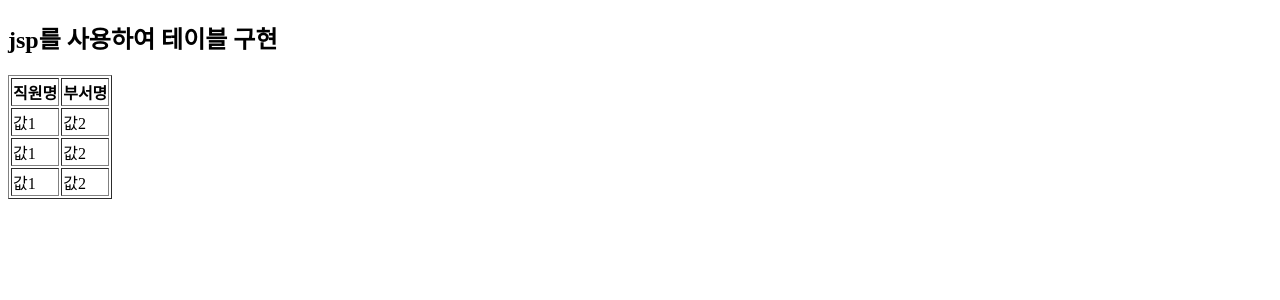
Repository: heyJSH/Study_java_web_sol
Page: http://localhost/jspweb_07/forstat_ex.jsp
An editor plug-in stored every save of this project. The page is shown before and after the next save, followed by the edit.
The browser window is 1280 px wide. The pictures show the whole page.
The page is served by Tomcat 9. Other server files are loaded and not shown.

Above is the page before, as saved 2024-01-11 01:07:20.

### teacher_lecture/cotogether/workspace_stsb_4_21/jspweb_07/src/main/webapp/forstat_ex.jsp
<%@ page language="java" contentType="text/html; charset=UTF-8"
    pageEncoding="UTF-8"%>
<%@ page import="java.util.*" %>
<!DOCTYPE html>
<html>
<head>
<meta charset="UTF-8">
<title>Insert title here</title>
</head>
<body>
	<h2>jsp를 사용하여 테이블 구현</h2>
	<%
		// 이름을 저장하는 배열
		// <String> 제네릭
		ArrayList<String> name = new ArrayList<String>();
		name.add("김상완");
		name.add("배승재");
		name.add("송지우");
		ArrayList<String> departName = new ArrayList<String>();
		departName.add("기획팀");
		departName.add("개발팀");
		departName.add("보안팀");

		out.println("<table border='1'>");
			out.println("<tr>");
			out.println("<th>직원명</th>");
			out.println("<th>부서명</th>");
			out.println("</tr>");

			for(int i=0; i<name.size(); i++) {

				out.println("<tr>");
				out.println("<td>값1</td>");
				out.println("<td>값2</td>");
				out.println("</tr>");
			}

		out.println("<table>");
	%>
</body>
</html>

After the next save:
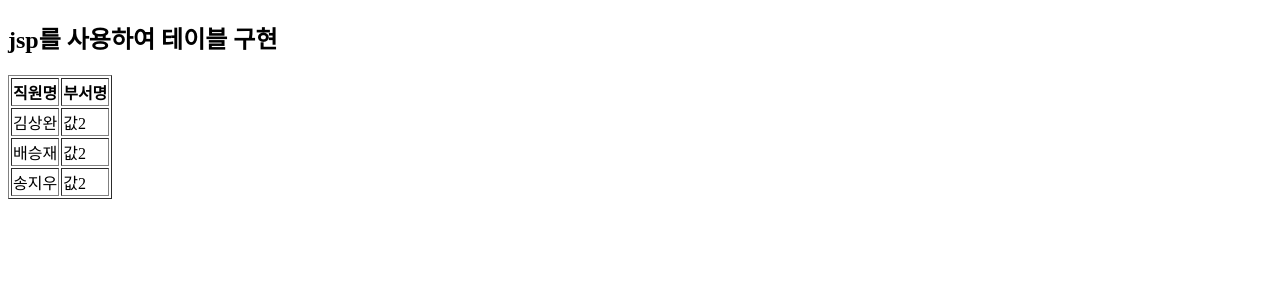
Saved 4 min 49 s later.
--- a/teacher_lecture/cotogether/workspace_stsb_4_21/jspweb_07/src/main/webapp/forstat_ex.jsp
+++ b/teacher_lecture/cotogether/workspace_stsb_4_21/jspweb_07/src/main/webapp/forstat_ex.jsp
@@ -30,7 +30,7 @@
 			for(int i=0; i<name.size(); i++) {
 
 				out.println("<tr>");
-				out.println("<td>값1</td>");
+				out.println("<td>" + name.get(i) + "</td>");
 				out.println("<td>값2</td>");
 				out.println("</tr>");
 			}
